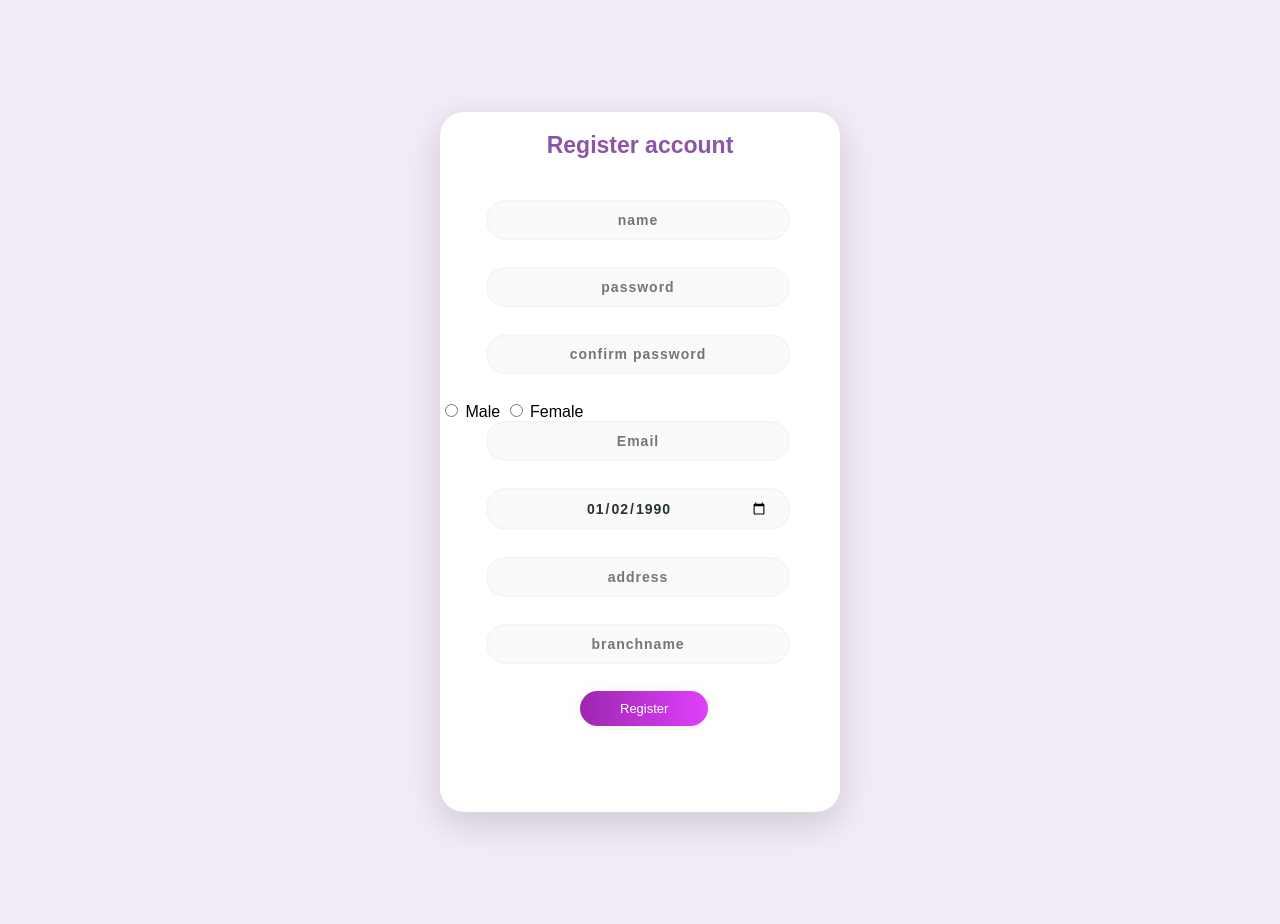
Repository: anujs099/bankingapp
Page: banking-application-final/WebContent/Register.html
The author's editor kept a copy of each file at every save. The page is drawn from the files as they stood at one save, then again after the next save.
The browser window is 1280 px wide. The pictures show the whole page.

Above is the page before, as saved 2021-03-07 15:03:43.

After the next save:
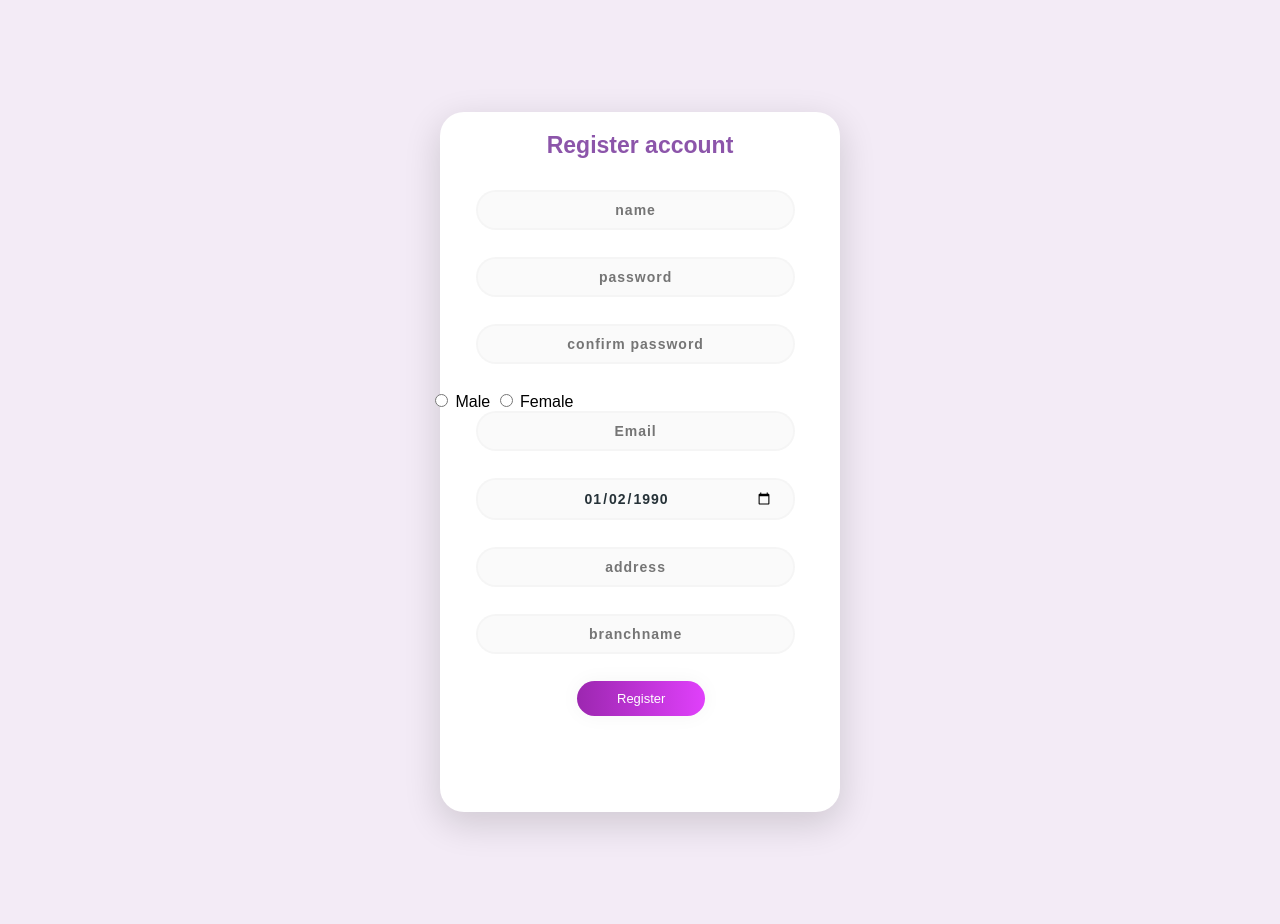
Saved 37 s later.
--- a/banking-application-final/WebContent/Register.html
+++ b/banking-application-final/WebContent/Register.html
@@ -9,7 +9,7 @@
 <div class="main" style="width: 400px;
         height: 700px;">
         <p class="sign" align="center" style="padding-top:20px">Register account</p>
-<Form action="registerservlet" method="post" ><br>
+<Form action="registerservlet" method="post" style="margin:-10px" ><br>
 <input type="text" placeholder="name" name="firstname" class="un"><br>
 <input type="password" placeholder="password" name="password" class="un"><br>
 <input type="password" placeholder="confirm password" class="un"><br>
